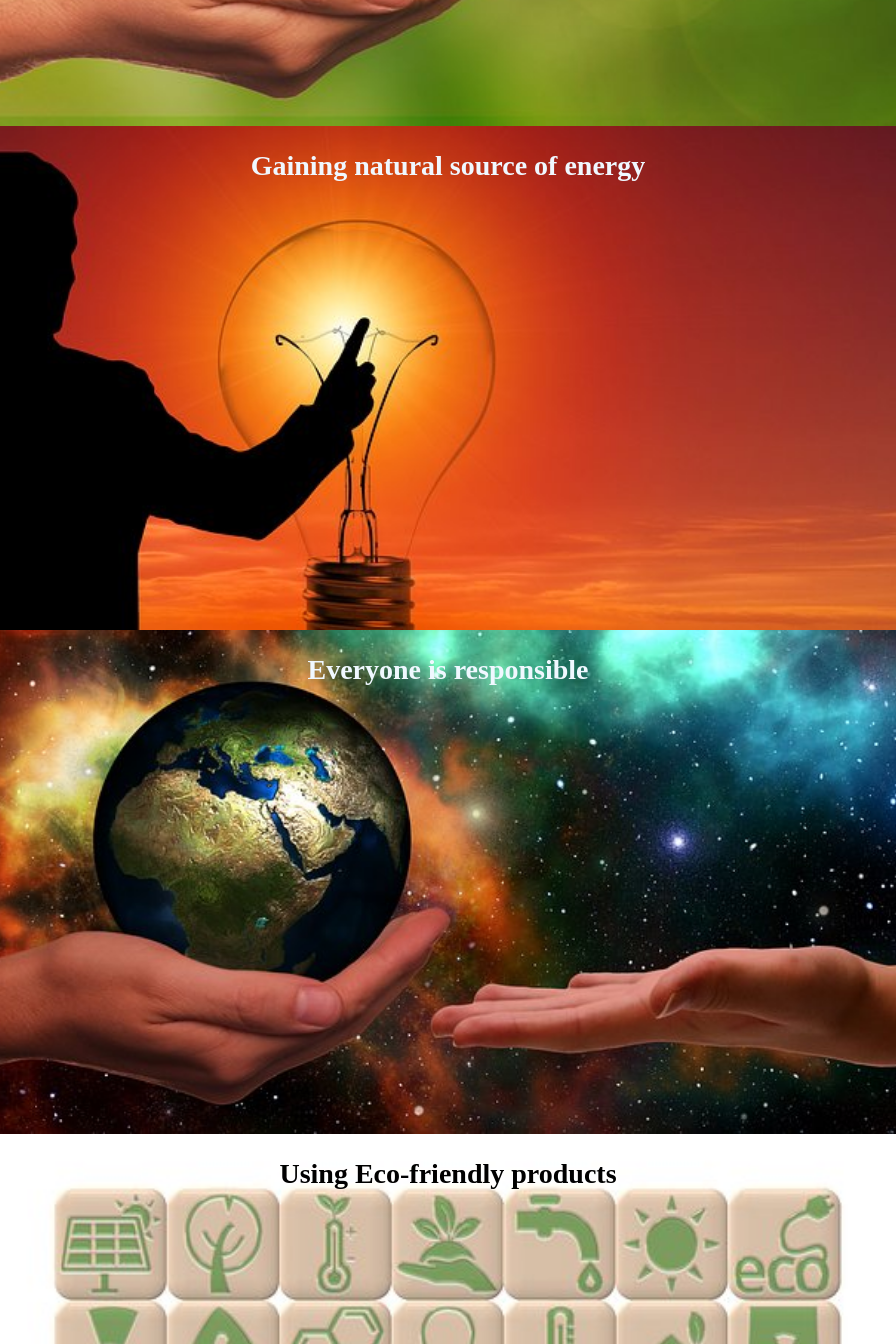
Repository: NavinDayanithi/static-web-design-competition
Page: index.html
The author's editor kept a copy of each file at every save. The page is drawn from the files as they stood at one save, then again after a run of saves.
The browser window is 1280 px wide. The pictures show the part of the page from y = 1340 to 3260 px (the page is 4420 px tall), at 70% of full size.
Backgrounds fixed to the window are drawn as part of the page.

Above is the page before, as saved 2023-04-28 20:44:02.

### index.html
<!DOCTYPE html>
<html lang="en">
<head>
  <title>POWERING CLIMATE </title>
  <link rel="stylesheet" href="styles.css">
</head>
<body>
    <h1 >POWERING A CLIMATE FOR SAFER FUTURE</h1>
    <div class="box1">
        <h2>Making use of renewable energy sources</h2>
    </div>
    <div class="box2">
        <h2>Planting more trees</h2>
    </div>
    <div class="box3">
        <h2>Gaining natural source of energy</h2>
    </div>
    <div class="box4">
        <h2>Everyone is responsible</h2>
    </div>
    <div class="box5">
        <h2>Using Eco-friendly products</h2>
    </div>
    <div class="box6">
        <h2></h2>
    </div>
</body>
</html>

### styles.css

h1
{
    text-align:center;
    color:rgb(19, 20, 20);
    background-color: rgb(96, 116, 124);

}
h2{
    text-align: center;
    font-size:40px;
}

 body{
    margin: 0;
    padding: 0;
    /* background-color: blue; */
}
head{
    text-align: center;
}

.box1{
    height: 100vh;
    width:100%;
    background-image: url(img1.jpg);
    background-size: cover;
    background-position: center;
    display: table;
    background-attachment: fixed;
    color: aliceblue;
}

.box2{
    height: 100vh;
    width:100%;
    background-image: url(img2.jpg);
    background-size: cover;
    background-position: center;
    display: table;
    background-attachment: fixed;
    color:aliceblue;
}

.box3{
    height: 100vh;
    width:100%;
    background-image: url(img3.jpg);
    background-size:cover;
    display: table;
    background-attachment: fixed;
    color:aliceblue;
}




.box4{
    height: 100vh;
    width:100%;
    background-image: url(img4.jpg);
    background-size: cover;
    background-position: center;
    display: table;
    background-attachment: fixed;
    color:aliceblue;
}

.box5{
    height: 100vh;
    width:100%;
    background-image: url(img5.jpg);
    background-size: cover;
    /* background-position: center; */
    display: table;
    background-attachment: fixed;
}

.box6{
    height: 100vh;
    margin-top: 20px;
    width:100%;
    background-image: url(img6.jpg);
    background-size: cover;
   background-position: center;
    display: table;
    background-attachment: fixed;
}

After the next 3 saves:
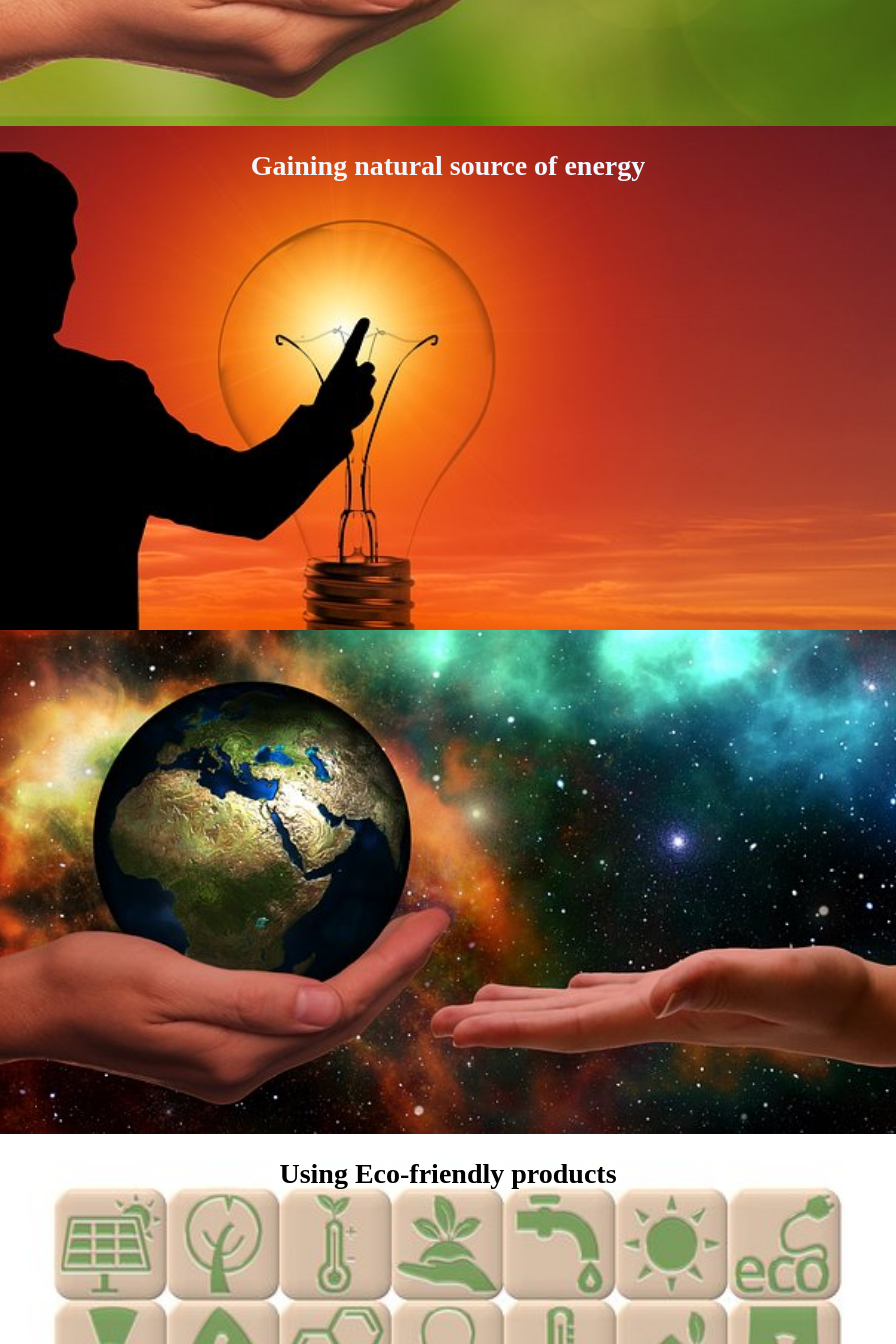
The 3 saves are shown as one change because they came seconds apart.
The last was saved 2 min 36 s later.
--- a/index.html
+++ b/index.html
@@ -16,7 +16,7 @@
         <h2>Gaining natural source of energy</h2>
     </div>
     <div class="box4">
-        <h2>Everyone is responsible</h2>
+        <h2></h2>
     </div>
     <div class="box5">
         <h2>Using Eco-friendly products</h2>
